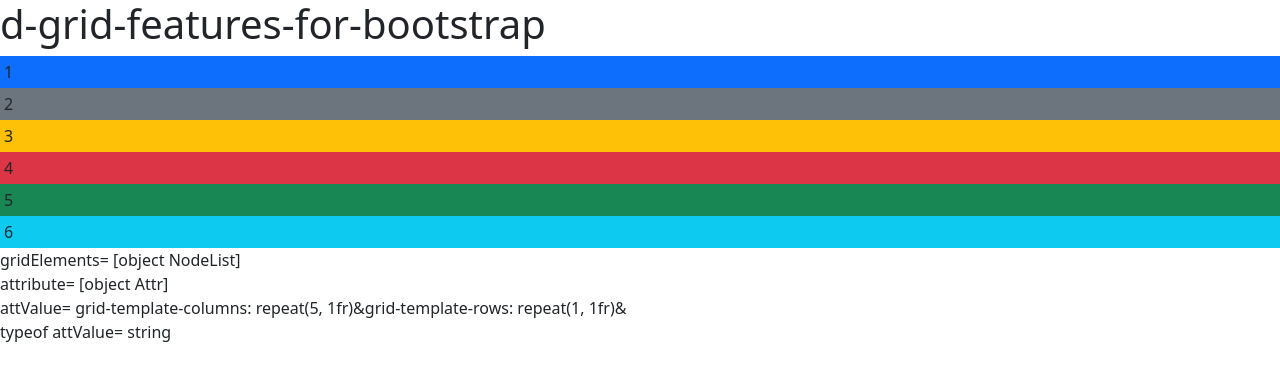
Repository: LynxPardelle/d-grid-features-for-bootstrap
Page: index.html
These files come from the project's save history. The page is drawn as it stood at one moment and after the next save; the edit follows.
The browser window is 1280 px wide. The pictures show the whole page.

Above is the page before, as saved 2021-10-20 04:11:08.

### index.html
<!DOCTYPE html>
<html lang="en">
<head>
  <meta charset="UTF-8">
  <meta http-equiv="X-UA-Compatible" content="IE=edge">
  <meta name="viewport" content="width=device-width, initial-scale=1.0">
  <title>d-grid-features-for-bootstrap</title>
  <link href="https://cdn.jsdelivr.net/npm/bootstrap@5.1.3/dist/css/bootstrap.min.css" rel="stylesheet" integrity="sha384-1BmE4kWBq78iYhFldvKuhfTAU6auU8tT94WrHftjDbrCEXSU1oBoqyl2QvZ6jIW3" crossorigin="anonymous">
</head>
<body>
  <h1>d-grid-features-for-bootstrap</h1>

  <section class="d-grid bg-dark" data-gfbs="grid-template-columns: repeat(5, 1fr)&grid-template-rows: repeat(1, 1fr)&">
    <div class="grid-element bg-primary p-1">
      1
    </div>
    <div class="grid-element bg-secondary p-1">
      2
    </div>
    <div class="grid-element bg-warning p-1">
      3
    </div>
    <div class="grid-element bg-danger p-1">
      4
    </div>
    <div class="grid-element bg-success p-1">
      5
    </div>
    <div class="grid-element bg-info p-1">
      6
    </div>
  </section>

  <div id="console">

  </div>

  <script src="https://cdn.jsdelivr.net/npm/bootstrap@5.1.3/dist/js/bootstrap.bundle.min.js" integrity="sha384-ka7Sk0Gln4gmtz2MlQnikT1wXgYsOg+OMhuP+IlRH9sENBO0LRn5q+8nbTov4+1p" crossorigin="anonymous"></script>
  <script src="./d-grid.js"></script>
</body>
</html>

### d-grid.js
"use strict";

let gridElements = document.querySelectorAll("[data-gfbs]");

document.getElementById("console").innerHTML +=
  "gridElements= " + gridElements + "<br />";

console.log(gridElements);
for (let gridElement of gridElements) {
  for (let attribute of gridElement.attributes) {
    if (attribute.localName.includes("gfbs")) {
      let attValue = attribute.value;

      console.log(attribute);
      document.getElementById("console").innerHTML +=
        "attribute= " + attribute + "<br/>";
      console.log(attValue);
      document.getElementById("console").innerHTML +=
        "attValue= " + attValue + "<br/>";
      console.log(typeof attValue);
      document.getElementById("console").innerHTML +=
        "typeof attValue= " + typeof attValue + "<br/>";

      gridElement.style.cssText += attValue;
    }
  }
}

/* for(let attribute of gridElements.attributes){
  if(attribute.localName.includes('gfbs')){
    console.log(attribute);
  }
} */

After the next save:
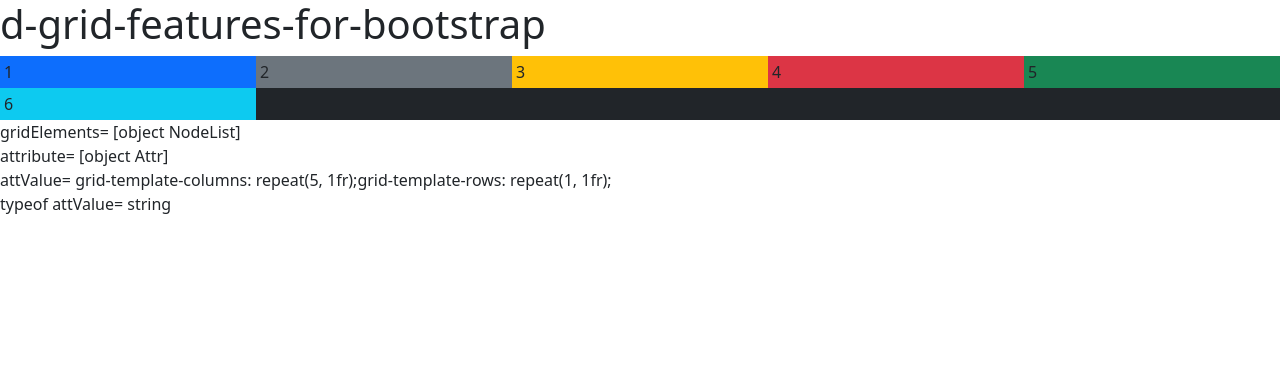
Saved 9 s later.
--- a/index.html
+++ b/index.html
@@ -10,7 +10,7 @@
 <body>
   <h1>d-grid-features-for-bootstrap</h1>
 
-  <section class="d-grid bg-dark" data-gfbs="grid-template-columns: repeat(5, 1fr)&grid-template-rows: repeat(1, 1fr)&">
+  <section class="d-grid bg-dark" data-gfbs="grid-template-columns: repeat(5, 1fr);grid-template-rows: repeat(1, 1fr);">
     <div class="grid-element bg-primary p-1">
       1
     </div>

After the save that followed:
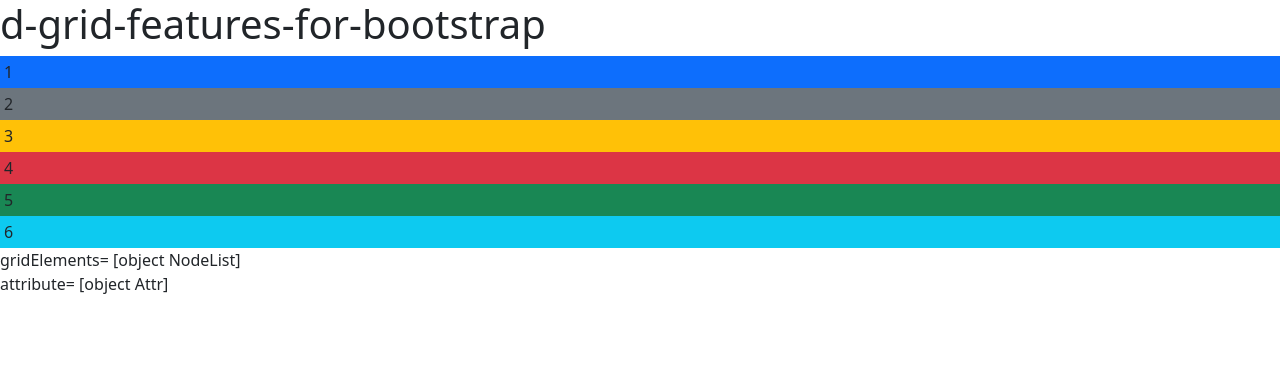
Saved 2 min 5 s later.
--- a/d-grid.js
+++ b/d-grid.js
@@ -9,19 +9,21 @@ console.log(gridElements);
 for (let gridElement of gridElements) {
   for (let attribute of gridElement.attributes) {
     if (attribute.localName.includes("gfbs")) {
-      let attValue = attribute.value;
 
       console.log(attribute);
       document.getElementById("console").innerHTML +=
         "attribute= " + attribute + "<br/>";
-      console.log(attValue);
-      document.getElementById("console").innerHTML +=
-        "attValue= " + attValue + "<br/>";
-      console.log(typeof attValue);
-      document.getElementById("console").innerHTML +=
-        "typeof attValue= " + typeof attValue + "<br/>";
+      if(attribute.localName.includes("gfbs-custom")){
+        let attValue = attribute.value;
+        console.log(attValue);
+        document.getElementById("console").innerHTML +=
+          "attValue= " + attValue + "<br/>";
+        console.log(typeof attValue);
+        document.getElementById("console").innerHTML +=
+          "typeof attValue= " + typeof attValue + "<br/>";
 
-      gridElement.style.cssText += attValue;
+        gridElement.style.cssText += attValue;
+      }
     }
   }
 }
